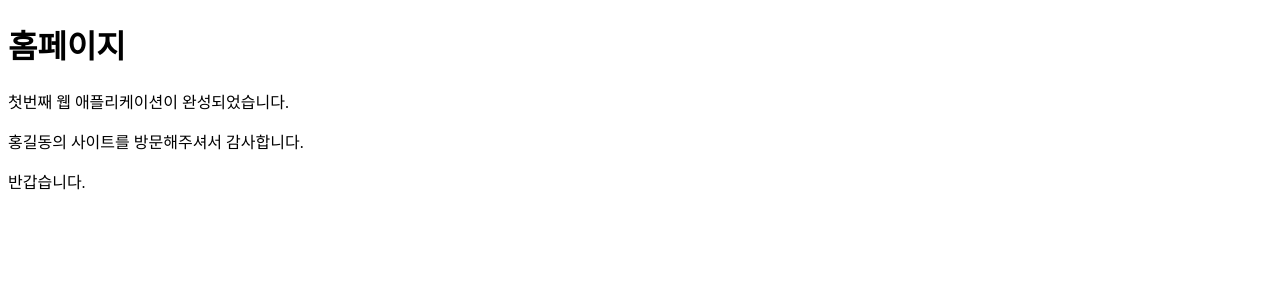
Repository: benpark0613/basic
Page: http://localhost/sample/home.jsp
These files come from the project's save history. The page is drawn as it stood at one moment and after the next save; the edit follows.
The browser window is 1280 px wide. The pictures show the whole page.
The page is served by Tomcat 9.

Above is the page before, as saved 2021-11-09 06:42:59.

After the next save:
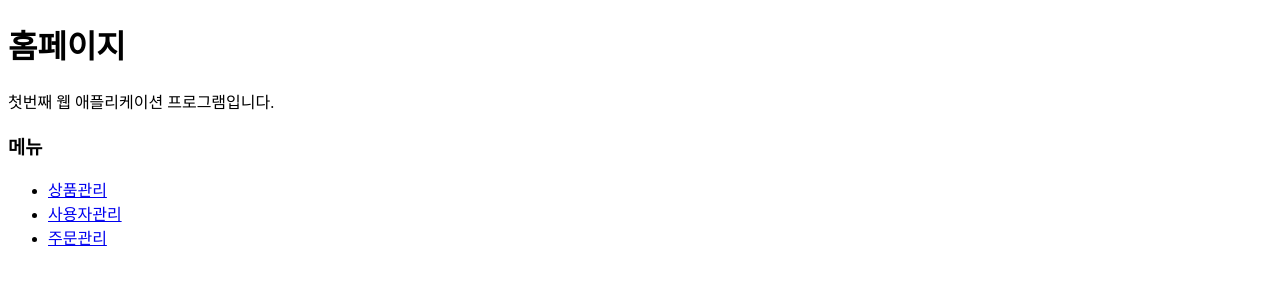
Saved 5 min 12 s later.
--- a/HR_app/sample/src/main/webapp/home.jsp
+++ b/HR_app/sample/src/main/webapp/home.jsp
@@ -8,12 +8,13 @@
 </head>
 <body>
 	<h1>홈페이지</h1>
-	<p>첫번째 웹 애플리케이션이 완성되었습니다.</p>
-	<%
-		String name = "홍길동";
-		String message = "반갑습니다.";
-	%>
-	<p><%=name %>의 사이트를 방문해주셔서 감사합니다.</p>
-	<p><%=message %></p>
+	<p>첫번째 웹 애플리케이션 프로그램입니다.</p>
+
+	<h3>메뉴</h3>
+	<ul>
+		<li><a href="product/list.jsp">상품관리</a></li>
+		<li><a href="user/list.jsp">사용자관리</a></li>
+		<li><a href="order/list.jsp">주문관리</a></li>
+	</ul>
 </body>
 </html>
